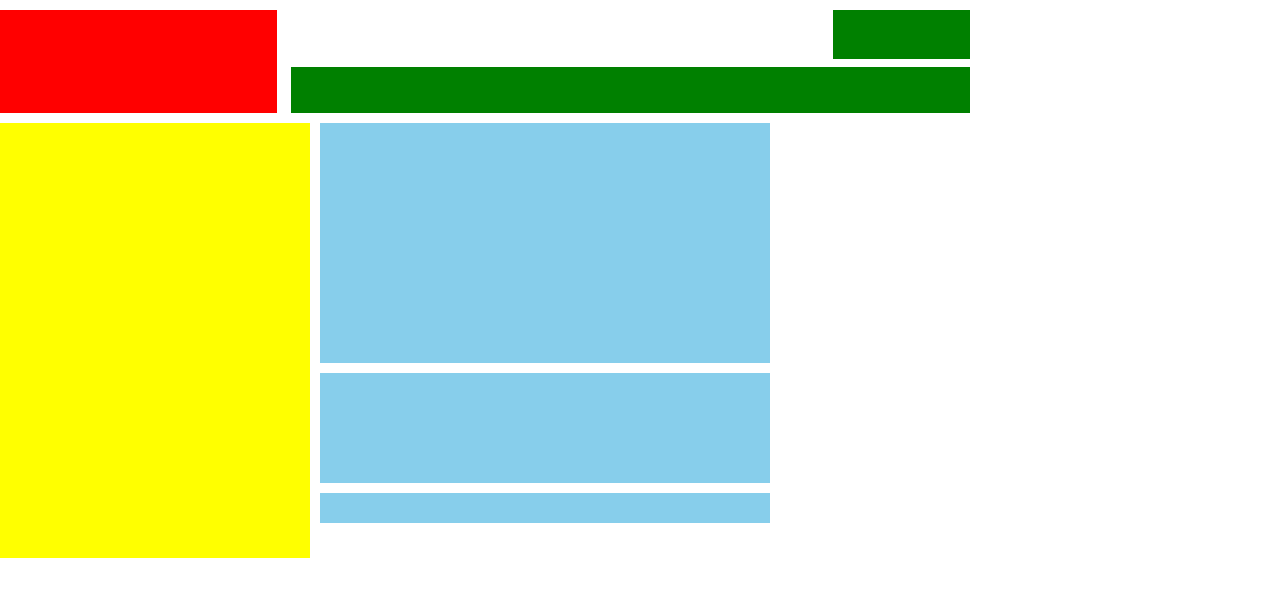
Repository: KaibutsuSama/CodePracticeExample
Page: Html5+Css3/Css3/04.浮动/03.homework.html
The author's editor kept a copy of each file at every save. The page is drawn from the files as they stood at one save, then again after a run of saves.
The browser window is 1280 px wide. The pictures show the whole page.

Above is the page before, as saved 2023-01-29 23:42:32.

### Html5+Css3/Css3/04.浮动/03.homework.html
<!DOCTYPE html>
<html lang="en">
<head>
    <meta charset="UTF-8">
    <meta http-equiv="X-UA-Compatible" content="IE=edge">
    <meta name="viewport" content="width=device-width, initial-scale=1.0">
    <title>Document</title>
    <style type="text/css">
        *{
            padding: 0;
            margin: 0;
            width: 970px;
        }

        .header{
            float: left;
        }

        .header .logo{
            float: left;
            width: 277px;
            height: 103px;
            background-color: red;
        }

        .header .tag{
            float: right;
            width: 137px;
            height: 49px;
            margin-bottom: 8px;
            background-color: green;
        }

        .header .navbar{
            float: right;
            width: 679px;
            height: 46px;
            background-color: green;
        }

        .content{
            margin-bottom: 10px;
        }

        .content .leftbanner{
            float: left;
            margin: 10px 0;
            background-color: yellow;
            width: 310px;
            height: 435px;
        }

        .content .mainbanner{
            float: left;
            margin: 10px 10px 10px 10px;
            width: 405px;
            height: 405px;
        }

        .content .mainbanner .bannerheader{
            float: left;
            width: 450px;
            height: 240px;
            background-color: skyblue;
            margin-bottom: 10px;
        }

        .content .mainbanner .bannerbody{
            float: left;
            width: 450px;
            height: 110px;
            background-color: skyblue;
            margin-bottom: 10px;
        }

        .content .mainbanner .bannerfooter{
            float: left;
            width: 450px;
            height: 30px;
            background-color: skyblue;
            margin-bottom: 10px;
        }

        .content .mainbanner .outsidebanner{
            float: left;
            background-color: green;
        }

    </style>
</head>
<body>
    <div class="header">
        <div class="logo"></div>
        <div class="tag"></div>
        <div class="navbar"></div>
    </div>

    <div class="content">
        <div class="leftbanner"></div>
        <div class="mainbanner">
            <div class="bannerheader"></div>
            <div class="bannerbody"></div>
            <div class="bannerfooter"></div>
            <div class="outsidebanner"></div>
        </div>
    </div>
</body>
</html>

After the next 3 saves:
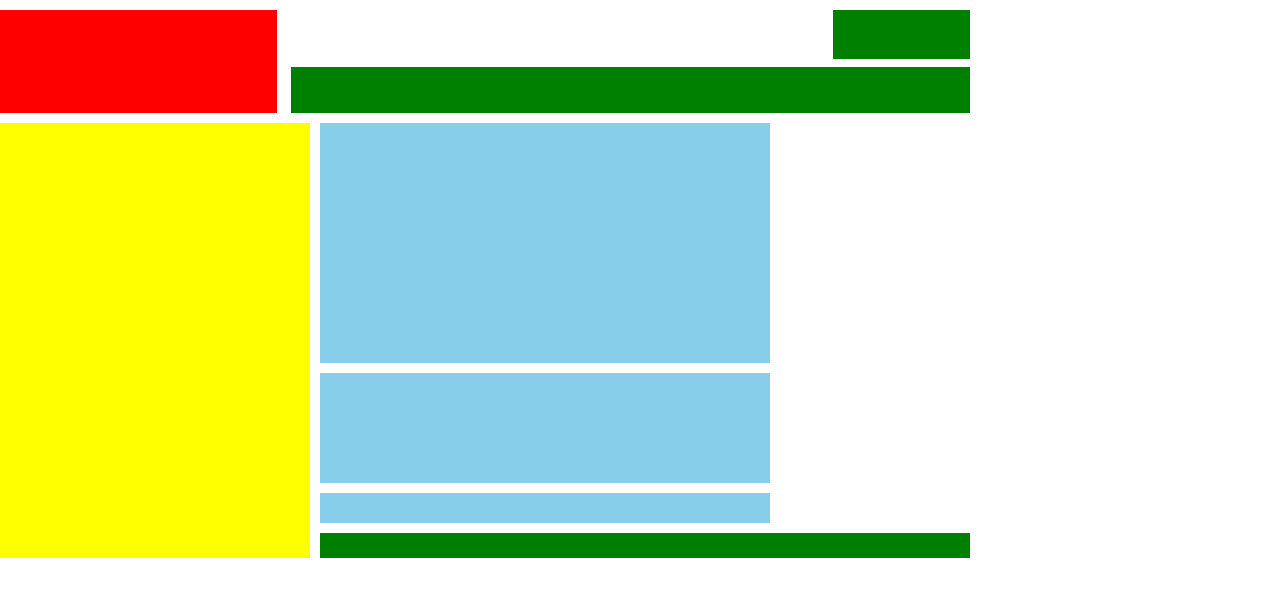
The 3 saves are shown as one change because they came seconds apart.
The last was saved 11 s later.
--- a/Html5+Css3/Css3/04.浮动/03.homework.html
+++ b/Html5+Css3/Css3/04.浮动/03.homework.html
@@ -83,6 +83,8 @@
 
         .content .mainbanner .outsidebanner{
             float: left;
+            width: 650px;
+            height: 25px;
             background-color: green;
         }
 
